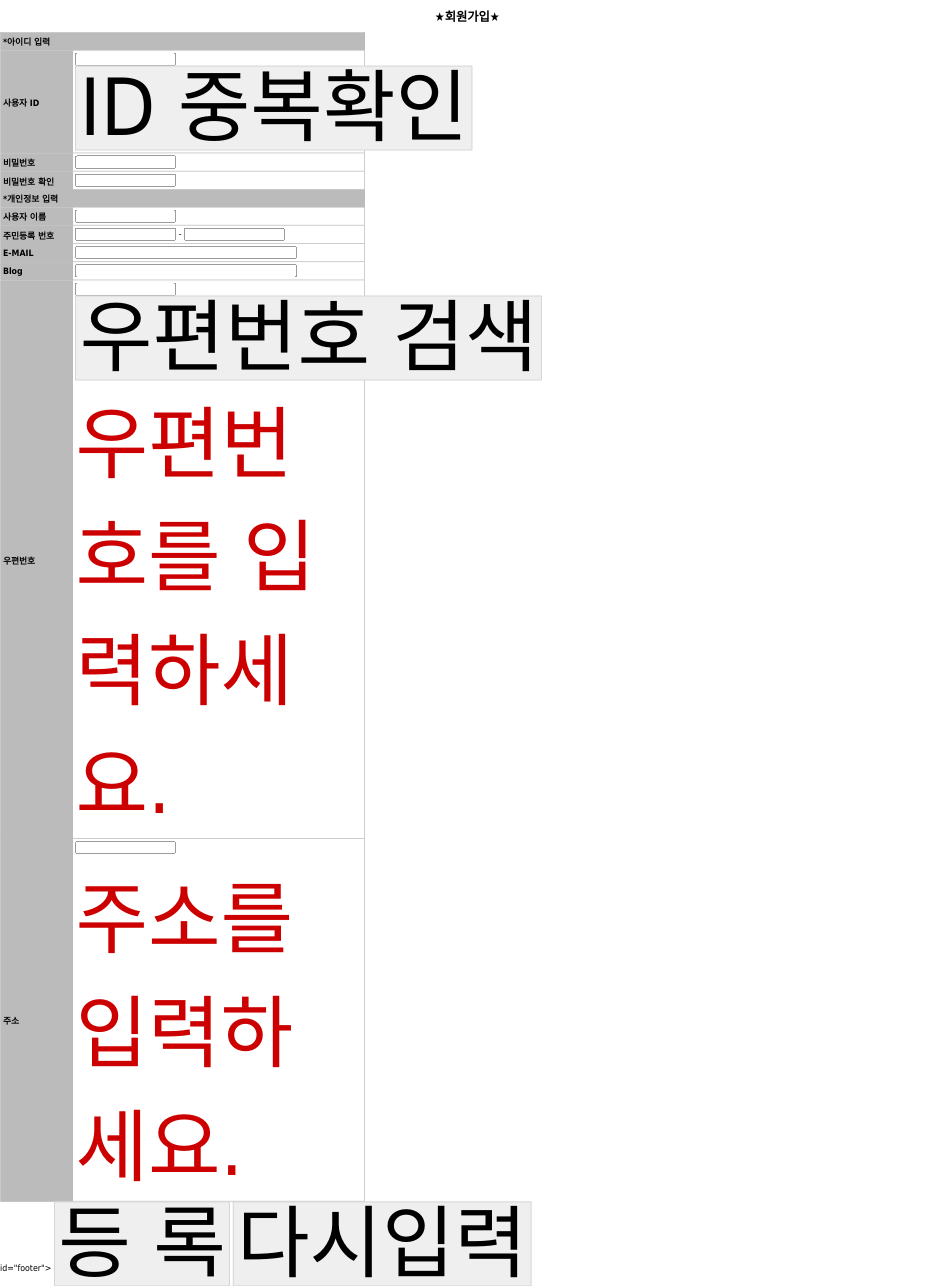
Repository: eParkjongtaek/lovedisket
Page: http://localhost/KH18_1/0904/inputForm.jsp
The author's editor kept a copy of each file at every save. The page is drawn from the files as they stood at one save, then again after the next save.
The browser window is 1280 px wide. The pictures show the whole page, at 73% of full size.
The page is served by Tomcat 9. Other server files are loaded and not shown.

Above is the page before, as saved 2017-09-04 04:27:30.

### source/KH18_1/WebContent/0904/inputForm.jsp
<%@ page language="java" contentType="text/html; charset=EUC-KR"
    pageEncoding="EUC-KR"%>
<!DOCTYPE html PUBLIC "-//W3C//DTD HTML 4.01 Transitional//EN" "http://www.w3.org/TR/html4/loose.dtd">
<html>
<head>
<meta http-equiv="Content-Type" content="text/html; charset=EUC-KR">
<title>회원가입</title>
<link href="style.css" rel="stylesheet" type="text/css" />

<script type="text/javascript">

function checkIt()
{
	var userinput = eval("document.userinput");
	if(!userinput.id.value)
	{
		alert("ID를 입력하세요!");
		return false;
	}

	if(!userinput.passwd.value)
	{
		alert("비밀번호를 입력하세요!");
		return false;
	}

	if(userinput.passwd.value != userinput.passwd2.value)
	{
		alert("비밀번호가 같아요~");
		return false;
	}

	if(!userinput.name.value)
	{
		alert("이름을 입력하세요!");
		return false;
	}

	if(!userinput.jumin1.value || !userinput.jumin2.value)
	{
		alert("주민등록번호를 입력하세요!");
		return false;
	}


}

</script>

</head>
<body>
	<form action="inputPro.jsp" name="userinput" onsubmit="return checkIt();" method="post">

		<h1>★회원가입★</h1>
		<div id="body">

			<table width="500px;">

				<colgroup>
					<col width="20%"/>
					<col width="*"/>
				</colgroup>

				<tr>
					<th colspan="2" class="subTitle">*아이디 입력</th>
				</tr>
				<tr>
					<th>사용자 ID</th>
					<td>
						<input type="text" name="id" maxlength="12" />
						<input type="button" name="confirm_id" value="ID 중복확인" class="inputBtn" onclick="javascript:openConfirmid(this.form);" />
					</td>
				</tr>
				<tr>
					<th>비밀번호</th>
					<td>
						<input type="password" name="passwd" maxlength="12" />
					</td>
				</tr>
				<tr>
					<th>비밀번호 확인</th>
					<td>
						<input type="password" name="passwd2" maxlength="12" />
					</td>
				</tr>
				<tr>
					<th colspan="2" class="subTitle">*개인정보 입력</th>
				</tr>
				<tr>
					<th>사용자 이름</th>
					<td><input type="text" name="name" maxlength="10" />
				</tr>
				<tr>
					<th>주민등록 번호</th>
					<td>
						<input type="text" name="jumin1" maxlength="6" /> -
						<input type="password" name="jumin2" maxlength="7" />
					</td>
				</tr>
				<tr>
					<th>E-MAIL</th>
					<td>
						<input type="text" name="email" class="w300" maxlength="30" />
					</td>
				</tr>
				<tr>
					<th>Blog</th>
					<td>
						<input type="text" name="blog" class="w300" maxlength="50" />
					</td>
				</tr>
				<tr>
					<th>우편번호</th>
					<td>
						<input type="text" name="zipcode" /><input type="button" value="우편번호 검색" class="inputBtn" onclick="javascript:zipCheck();" />
						<span>우편번호를 입력하세요.</span>
					</td>
				</tr>
				<tr>
					<th>주소</th>
					<td>
						<input type="text" name="address" class="w380" />
						<span class="descB">주소를 입력하세요.</span>
					</td>
				</tr>
			</table>
		</div>
		<div> id="footer">
			<input type="submit" name="confirm" class="inputBtn" value="등 록" />
			<input type="reset" name="reset" class="inputBtn" value="다시입력" />
		</div>

	</form>
</body>
</html>

### source/KH18_1/WebContent/0904/style.css
* {padding:0;margin:0;}
html {font-family: Tahoma, Dotum, "돋움"; font-size: 0.75em; }
body {font-size:1em;text-align:left;}
#wrap {width:500px; margin:0 auto; text-align:left;}
#footer {text-align:center; padding:10px 0;}
#footer input {vertical-align:middle;}
fieldset {border:none;}
legend {display:none; visibility:hidden;}
table {table-layout: fixed; border-collapse: collapse; padding: 0; border-style:solid; border-width:1px 1px 0 1px; border-color:#bbb;}
th {text-align:left; padding:3px; border-collapse:0; border-style:solid; border-width:0 0 1px 0;border-color:#bbb; background:#bbb;}
td {text-align:left; border-collapse:0; border-style:solid; border-width:0 0 1px 0; border-color:#bbb;padding:3px;}
input {font-family:Tahoma, Dotum, "돋움"; font-size:1em;}
td span {font-size:9em; color:#cc0000;}
h1 {font-size:1.4em; text-align:center; padding:10px 0;}
.w300 {width:300px;}
.w380 {wdith:380px;}
.descB {padding:2px 0; display:block;}
th .subTitle {color:#339900; background:#fff !important; padding:8px 0 8px 5px;}
.inputBtn {border:1px solid #ccc; padding:3px 5px; line-height:1em; font-size:9em;}
#footer .inputBtn {font-size:1.2em; font-weight:bold;}

After the next save:
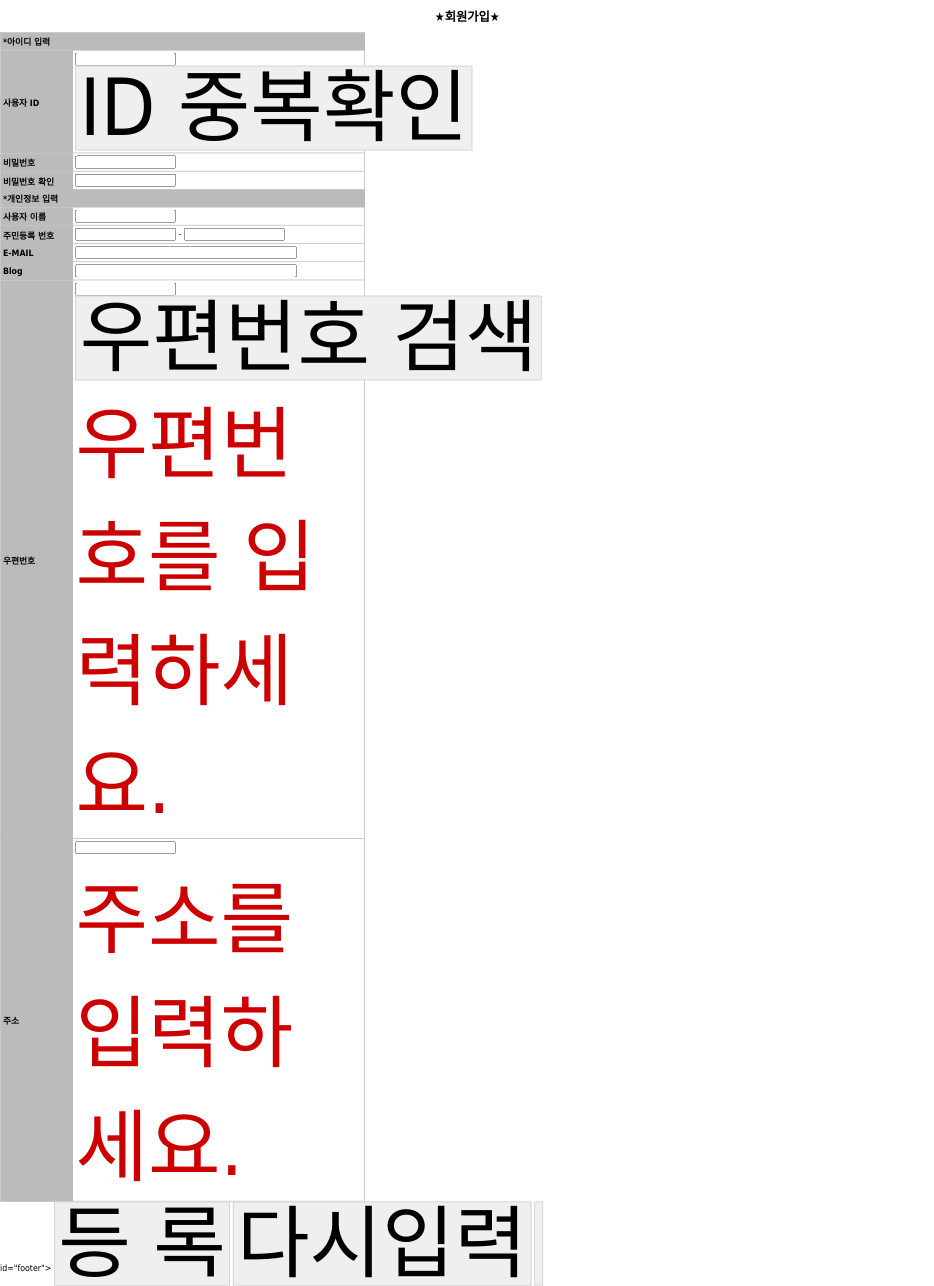
Saved 48 s later.
--- a/source/KH18_1/WebContent/0904/inputForm.jsp
+++ b/source/KH18_1/WebContent/0904/inputForm.jsp
@@ -128,6 +128,7 @@ function checkIt()
 		<div> id="footer">
 			<input type="submit" name="confirm" class="inputBtn" value="등 록" />
 			<input type="reset" name="reset" class="inputBtn" value="다시입력" />
+			<input type="button" class="inputBtn" onclick="javascript:window.location='main.jsp'" />
 		</div>
 
 	</form>
